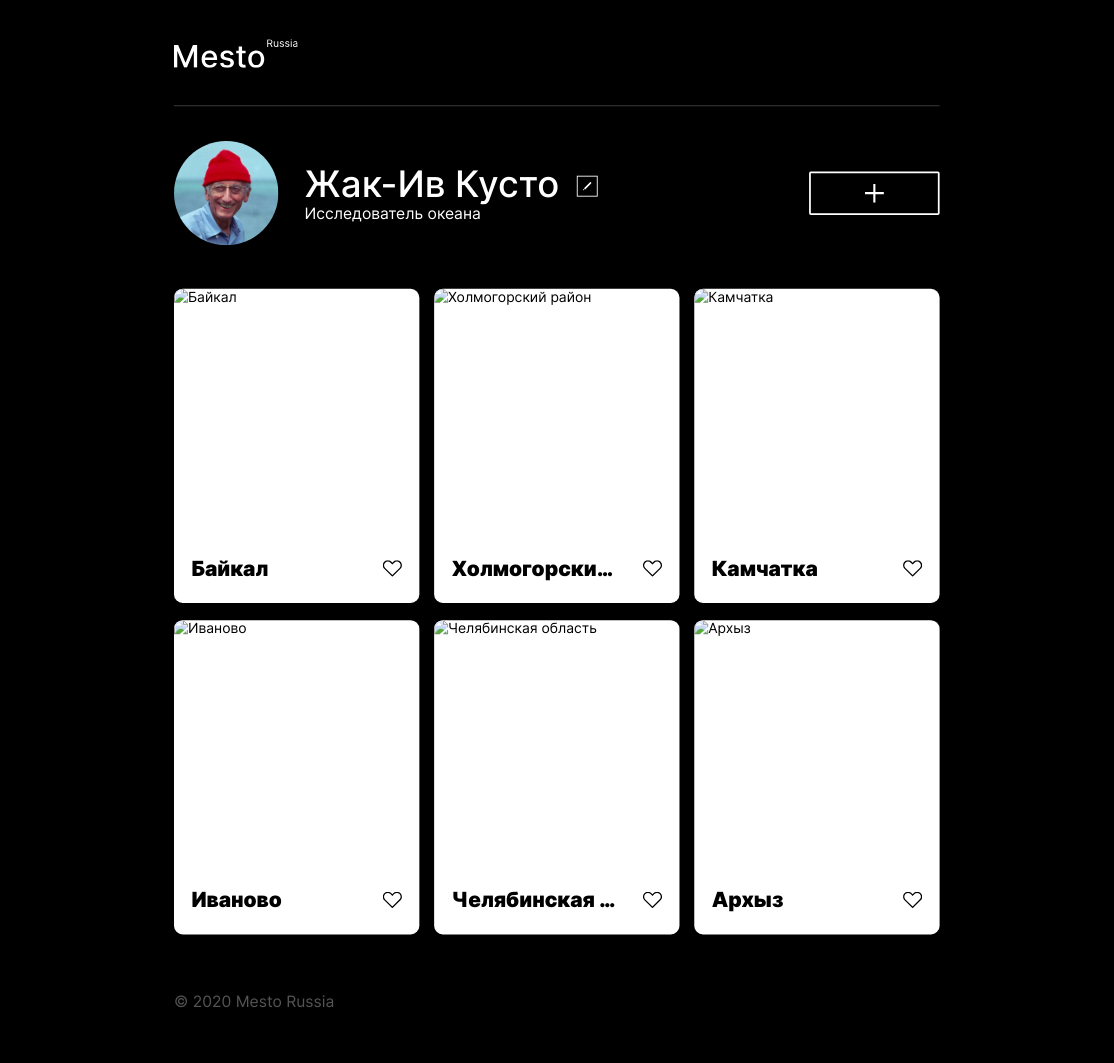
Repository: Akhtool/mesto
Page: index.html
The author's editor kept a copy of each file at every save. The page is drawn from the files as they stood at one save, then again after the next save.
The browser window is 1280 px wide. The pictures show the whole page, at 87% of full size.

Above is the page before, as saved 2023-03-01 23:57:52.

### index.html
<!DOCTYPE html>
<html lang="ru">
  <head>
    <meta charset="UTF-8" />
    <meta http-equiv="X-UA-Compatible" content="IE=edge" />
    <meta name="viewport" content="width=device-width, initial-scale=1.0" />
    <link rel="stylesheet" href="pages/index.css" />
    <title>Место</title>
  </head>
  <body class="page">
    <header class="header">
      <a href="#" class="header__logo-link">
        <img
          src="./images/header__logo.svg"
          class="header__logo"
          alt="Логотип сайта Место"
        />
      </a>
    </header>
    <main class="container">
      <section class="profile">
        <img
          src="./images/profile__image.jpg"
          alt="Изображение профиля"
          class="profile__image"
        />
        <div class="profile__info">
          <div class="profile__name-edit">
            <h1 class="profile__name">Жак-Ив Кусто</h1>
            <button
              type="button"
              class="profile__edit-button"
              aria-label="edit"
            ></button>
          </div>
          <p class="profile__description">Исследователь океана</p>
        </div>
        <button
          type="button"
          class="profile__add-button"
          aria-label="add"
        ></button>
      </section>
      <section class="cards">
        <ul class="cards__list"></ul>
      </section>
    </main>
    <footer class="footer">
      <p class="footer__copyright">© 2020 Mesto Russia</p>
    </footer>
    <!--Попап просмотра фотографий-->
    <div class="popup popup_type_show-image">
      <div class="popup__image-wrapper">
        <button
          type="button"
          class="popup__close-button popup__close-button_type_show-image"
        ></button>
        <figure class="popup__figure-wrapper">
          <img src="#" alt="Фотография из карточки" class="popup__image" />
          <figcaption class="popup__figure-caption"></figcaption>
        </figure>
      </div>
    </div>
    <!--Попап добавления карточек-->
    <div class="popup popup_type_add-card">
      <div class="popup__container">
        <h2 class="popup__title">Новое место</h2>
        <form
          action="#"
          name="input-form"
          class="popup__input-form popup__input-form_type_card"
          novalidate
        >
          <input
            type="text"
            name="name"
            class="popup__input popup__input_type_card-name"
            placeholder="Название"
            id="card-name-input"
            minlength="2"
            maxlength="40"
            required
          />
          <span class="card-name-input-error popup__input-error"></span>
          <input
            type="url"
            name="link"
            class="popup__input popup__input_type_card-link"
            placeholder="Ссылка на картинку"
            id="card-link-input"
            required
          />
          <span class="card-link-input-error popup__input-error"></span>
          <input type="submit" value="Создать" class="popup__submit" />
        </form>
        <button
          type="button"
          class="popup__close-button popup__close-button_type_add-card"
          aria-label="close"
        ></button>
      </div>
    </div>
    <!--Попап редактирования профиля-->
    <div class="popup popup_type_profile-edit">
      <div class="popup__container">
        <h2 class="popup__title">Редактировать профиль</h2>
        <form
          action="#"
          name="input-form"
          class="popup__input-form popup__input-form_type_profile"
          novalidate
        >
          <input
            type="text"
            name="userName"
            class="popup__input popup__input_type_name"
            id="username-input"
            placeholder="Имя"
            minlength="2"
            maxlength="40"
            required
          />
          <span class="username-input-error popup__input-error"></span>
          <input
            type="text"
            name="job"
            class="popup__input popup__input_type_description"
            id="user-description-input"
            placeholder="О себе"
            minlength="2"
            maxlength="200"
            required
          />
          <span class="user-description-input-error popup__input-error"></span>
          <input type="submit" value="Сохранить" class="popup__submit" />
        </form>
        <button
          type="button"
          class="popup__close-button popup__close-button_type_profile"
          aria-label="close"
        ></button>
      </div>
    </div>
    <!-- Шаблон для карточек -->
    <template id="card-template">
      <li class="card">
        <img alt="Описание изображения" class="card__image" />
        <button type="button" class="card__delete-button"></button>
        <div class="card__info">
          <h2 class="card__name"></h2>
          <button type="button" class="card__like"></button>
        </div>
      </li>
    </template>
    <script type="module" src="./pages/index.js" defer></script>
  </body>
</html>

### pages/index.js
import { Card } from "../components/Card.js";
import { FormValidator } from "../components/FormValidator.js";
import {
  validationConfig,
  initialCards,
  buttonEditProfile,
  popupEditProfile,
  profileEditCloseButton,
  profileFormElement,
  profileNameInput,
  jobInput,
  profileName,
  profileDescription,
  popupImage,
  popupImageCaption,
  popupShowImage,
  popupImageCloseButton,
  popupAddCard,
  cardAddButton,
  cardElementName,
  cardElementLink,
  cardAddForm,
  cardAddCloseButton,
  cardsList,
} from "../utils/constants.js";
import Section from "../components/Section.js";
import { PopupWithImage } from "../components/PopupWithImage.js";
import { PopupWithForm } from "../components/PopupWithForm.js";
import { UserInfo } from "../components/UserInfo.js";

// Новые экземпляры(инстансы)
const popupAddFormValidator = new FormValidator(validationConfig, popupAddCard);

const popupEditFormValidator = new FormValidator(
  validationConfig,
  popupEditProfile
);

const section = new Section(
  {
    items: initialCards,
    renderer: (item) => {
      section.addItem(createCard(item));
    },
  },
  ".cards__list"
);

const popupWithImage = new PopupWithImage(".popup_type_show-image");
function openPopupWithImage(name, link) {
  popupWithImage.open(name, link);
}

const popupCard = new PopupWithForm(".popup_type_add-card", handleAddCardForm);
const popupProfile = new PopupWithForm(
  ".popup_type_profile-edit",
  handleProfileFormSubmit
);
const userInfo = new UserInfo({
  userName: ".profile__name",
  job: ".profile__description",
});

// Функция открытия попапа
// function openPopup(popup) {
//   popup.classList.add("popup_opened");
//   document.addEventListener("keydown", closePopupByClickOnEscape);
// }

// // Функция закрытия попапа
// function closePopup(popup) {
//   popup.classList.remove("popup_opened");
//   document.removeEventListener("keydown", closePopupByClickOnEscape);
// }

// // Функция закрытия попапа по клику на оверлей
// const closePopupByClickOnOverlay = (evt) => {
//   if (evt.target.classList.contains("popup")) {
//     closePopup(evt.currentTarget);
//   }
// };

// // Функция закрытия при нажатии на ESC
// function closePopupByClickOnEscape(evt) {
//   if (evt.key === "Escape") {
//     const popupOpened = document.querySelector(".popup_opened");
//     closePopup(popupOpened);
//   }
// }

// Функция открытия большой картинки
// function openBigImage({ link, name }) {
//   popupImage.src = link;
//   popupImage.alt = name;
//   popupImageCaption.textContent = name;
//   openPopup(popupShowImage);
// }
// создание инстансов класса кард
function createCard(item) {
  return new Card(
    item.name,
    item.link,
    "#card-template",
    openPopupWithImage
  ).generateCard();
}

// добавление исходных карточек из массива
// initialCards.forEach((card) => {
//   const newCard = createCard(card);
//   cardsList.prepend(newCard);
// });

// CЛУШАТЕЛИ И ОБРАБОТЧИКИ

// обработчики

// обработчик клика редактирования профиля
// function handleProfileFormSubmit(evt) {
//   evt.preventDefault();
//   profileName.textContent = profileNameInput.value;
//   profileDescription.textContent = jobInput.value;
//   closePopup(popupEditProfile);
// }
// обработчик клика добавления карточки
// function handleAddCardForm(evt) {
//   evt.preventDefault();
//   const addValues = {
//     name: cardElementName.value,
//     link: cardElementLink.value,
//   };
//   const imageItem = createCard(addValues);
//   cardsList.prepend(imageItem);
//   closePopup(popupAddCard);
// }
function handleAddCardForm(inputValues) {
  section.addItem(createCard(inputValues));
}

function handleProfileFormSubmit(inputValues) {
  userInfo.setUserInfo(inputValues);
}

// слушатели

// // слушатель клика добавления карточки
// cardAddButton.addEventListener("click", () => {
//   openPopup(popupAddCard);
//   cardAddForm.reset();
//   popupAddFormValidator.disableValidation();
// });
cardAddButton.addEventListener("click", () => {
  popupCard.open();
  popupAddFormValidator.disableValidation();
});

// слушатель на кнопку редактирования профиля
buttonEditProfile.addEventListener("click", () => {
  popupProfile.open();
  const userData = userInfo.getUserInfo();
  profileNameInput.value = userData.userName;
  jobInput.value = userData.job;
  popupEditFormValidator.disableValidation();
});
// слушатель на кнопку закрытия попап добавления карточки
// cardAddCloseButton.addEventListener("click", () => {
//   popupCard.close();
// });
// слушатель на кнопку закрытия попап редактирования профиля
// profileEditCloseButton.addEventListener("click", () => {
//   closePopup(popupEditProfile);
// });
// слушатель на кнопку закрытия большой картинки
// popupImageCloseButton.addEventListener("click", () => {
//   closePopup(popupShowImage);
// });
// слушатель сабмита попапа редактирования профиля
// profileFormElement.addEventListener("submit", handleProfileFormSubmit);
// слушатель сабмита попапа добавления карточки
// cardAddForm.addEventListener("submit", handleAddCardForm);
// слушатели на нажатие на оверлей
// popupAddCard.addEventListener("mousedown", closePopupByClickOnOverlay);
// popupEditProfile.addEventListener("mousedown", closePopupByClickOnOverlay);
// popupShowImage.addEventListener("mousedown", closePopupByClickOnOverlay);
// Включение фич
popupAddFormValidator.enableValidation();
popupEditFormValidator.enableValidation();
section.renderItems();
popupWithImage.setEventListeners();
popupCard.setEventListeners();
popupProfile.setEventListeners();

### blocks/page/page.css
.page {
    background-color: #000000;
    box-sizing: border-box;
    font-family: 'Inter', Arial, Helvetica, sans-serif;
    -moz-osx-font-smoothing: grayscale;
    -webkit-font-smoothing: antialiased;
    -webkit-text-size-adjust: 100%;
    -ms-text-size-adjust: 100%;
    -moz-text-size-adjust: 100%;
    text-rendering: optimizeLegibility;
    max-width: 1280px;
    margin: 0 auto;
}

### blocks/container/container.css
.container {
    max-width: 1280px;
    min-width: 320px;
    margin: 0 auto;
}

@media screen and (max-width: 920px) {
    .container {
        padding: 0 27px;
    }

}

@media screen and (max-width: 500px) {
    .container {
        padding: 0;
    }
}

### blocks/header/header.css
.header {
    padding-top: 45px;
    border-bottom: 1px solid rgba(84, 84, 84, .7);
    max-width: 880px;
    margin: 0 auto;
}

@media screen and (max-width: 500px) {
    .header {
        padding-top: 28px;
    }
}

### blocks/header/__logo-link/header__logo-link.css
.header__logo-link {
    display: block;
    max-width: 142px;
    padding-bottom: 40px;
    cursor: pointer;
}

@media screen and (max-width: 920px) {
    .header__logo-link {
        padding-left: 27px;
    }

}

@media screen and (max-width: 500px) {
    .header__logo-link {
        padding-bottom: 30px;
    }
}

### blocks/header/__logo/header__logo.css
.header__logo {
    max-width: 100%;
}

@media screen and (max-width: 500px) {
    .header__logo {
        max-width: 103px;
    }
}

### blocks/profile/profile.css
.profile {
    max-width: 880px;
    margin: 0 auto;
    padding-top: 40px;

    display: flex;
    align-items: center;
}

@media screen and (max-width: 768px) {
    .profile {
        flex-direction: column;
    }
}

### blocks/profile/__image/profile__image.css
.profile__image {
    width: 120px;
    height: 120px;
    border-radius: 50%;
}

@media screen and (max-width: 768px) {
    .profile__image {
        margin-bottom: 26px;
    }
}

### blocks/profile/__info/profile__info.css
.profile__info {
    padding-left: 30px;
    flex: 1;
    flex-grow: 1;
    flex-shrink: 1;
    flex-basis: 0%;
    flex-direction: column;
}

@media screen and (max-width: 768px) {
    .profile__info {
        padding: 0 0 36px 0;
        text-align: center;
    }
}

### blocks/profile/__description/profile__description.css
.profile__description {
    font-family: 'Inter', Arial, Helvetica, sans-serif;
    font-style: normal;
    font-weight: 400;
    font-size: 18px;
    line-height: 22px;
    color: #FFFFFF;
    max-width: 350px;
    text-overflow: ellipsis;
    white-space: nowrap;
    overflow: hidden;

    padding: 0;
    margin: 0;
}

@media screen and (max-width: 500px) {
    .profile__description {
        font-size: 14px;
        line-height: 17px;
        margin: 0 auto;
        max-width: 200px;
    }
}

### blocks/profile/__name-edit/profile__name-edit.css
.profile__name-edit {
    display: flex;
    align-items: baseline;
    gap: 20px;
    flex-direction: row;
}

@media screen and (max-width: 500px) {
    .profile__name-edit {
        gap: 10px;
    }
}

### blocks/cards/cards.css
.cards {
    max-width: 880px;
    margin: 0  auto;
    padding-top: 50px;
}

@media screen and (max-width: 500px) {
    .cards {
        padding-top: 35px;
    }
}

### blocks/cards/__list/cards__list.css
.cards__list {
    display: grid;
    grid-template-columns: repeat(auto-fit, 282px);
    column-gap: 17px;
    row-gap: 20px;
    box-sizing: border-box;
    padding: 0;
    margin: 0 auto;
    list-style: none;
}

@media screen and (max-width: 920px) {
    .cards__list {
        justify-content: center;
    }

}

### blocks/card/card.css
.card {
    position: relative;
    box-sizing: border-box;
    max-width: 282px;
    border-radius: 10px;
    overflow: hidden;
    background-color: #fff;
    margin: 0;
    padding: 0;
}

### blocks/card/__image/card__image.css
.card__image {
    display: block;
    width: 282px;
    height: 282px;
    transition: .2s linear;
}

### blocks/card/__info/card__info.css
.card__info {
    display: flex;
    justify-content: space-between;
    align-items: center;
    padding: 25px 20px 25px 20px;
    box-sizing: border-box;
}

### blocks/card/__name/card__name.css
.card__name {
    padding: 0;
    margin: 0;
    max-width: 195px;
    font-family: 'Inter', Arial, Helvetica, sans-serif;
    font-style: normal;
    font-weight: 900;
    font-size: 24px;
    line-height: 29px;
    text-overflow: ellipsis;
    white-space: nowrap;
    overflow: hidden;
    color: #000000;
}

### blocks/card/__like/card__like.css
.card__like {
    padding: 0;
    margin: 0;
    min-width: 22px;
    min-height: 19px;
    background-color: transparent;
    background-image: url(../../../images/like-button_disabled.svg);
    background-position: center;
    background-repeat: no-repeat;
    background-size: contain;
    border: 0;
    transition: .7s all;
}

.card__like:hover {
    opacity: .5;
    cursor: pointer;
    transition: opacity .2s linear;
}

### blocks/card/__like/_active/card__like_active.css
.card__like_active {
    background: url(../../../../images/like-button_active.svg) center no-repeat;
    transition: .7s all;
}

### blocks/card/__delete-button/card__delete-button.css
.card__delete-button{
    position: absolute;
    top: 20px;
    right: 20px;
    width: 18px;
    height: 19px;
    border: none;
    background-image: url(../../../images/delete-button.svg);
    background-repeat: no-repeat;
    background-position: center;
    background-size: cover;
    background-color: rgba(0, 0, 0, 0);
    cursor: pointer;
}

.card__delete-button:hover {
    opacity: .6;
    transition: opacity .7s ease;
}

### blocks/footer/footer.css
.footer {
    max-width: 880px;
    margin: 0 auto;
    padding: 66px 0 60px;
}

@media screen and (max-width: 500px) {
    .footer {
        padding-top: 48px;
        padding-bottom: 36px;
    }
}

### blocks/footer/__copyright/footer__copyright.css
.footer__copyright {
    font-family: 'Inter', Arial, Helvetica, sans-serif;
    font-style: normal;
    font-weight: 400;
    font-size: 18px;
    line-height: 22px;
    color: #545454;
    padding: 0;
    margin: 0;
}

@media screen and (max-width: 920px) {
    .footer__copyright {
        padding-left: 27px;
    }

}

@media screen and (max-width: 500px) {
    .footer__copyright {
        font-size: 14px;
        line-height: 17px;
        padding-left: 19px;
    }
}

### blocks/popup/popup.css
.popup {
    position: fixed;
    /* display: none; */
    justify-content: center;
    align-items: center;
    top: 0;
    right: 0;
    bottom: 0;
    left: 0;
    width: 100%;
    height: 100vh;
    background-color: rgba(0, 0, 0, .5);
    visibility: hidden;
    opacity: 0;
    z-index: -1;
    transition: opacity .3s visibility .3s z-index .3s;
  }

### blocks/popup/_opened/popup_opened.css
.popup_opened {
    display: flex;
    visibility: visible;
    opacity: 1;
    z-index: 5;
    transition: opacity .3s;
}

### blocks/popup/__container/popup__container.css
.popup__container {
    display: flex;
    flex-direction: column;
    justify-content: space-between;
    box-sizing: border-box;
    margin: 0 auto;
    padding: 34px 36px 37px 36px;
    position: relative;
    min-width: 430px;
    background-color: #fff;
    border-radius: 10px;
}

@media screen and (max-width: 500px) {
    .popup__container {
        justify-content: flex-start;
        min-width: 282px;
        padding: 22px 22px;
    }
}

### blocks/popup/__title/popup__title.css
.popup__title {
    font-family: 'Inter', Arial, Helvetica, sans-serif;
    font-style: normal;
    font-weight: 900;
    font-size: 24px;
    line-height: 29px;
    color: #000000;
    margin: 0 0 44px 0;
}

@media screen and (max-width: 500px) {
    .popup__title {
      font-size: 18px;
      margin-bottom: 65px;
    }
  }

### blocks/popup/__container/_type/popup__container_type_show-image.css
.popup__container_type_show-image {
    position: relative;
}

### blocks/popup/__title/_type/popup__title_type_show-image.css
.popup__title_type_show-image {
    margin: 0;
    font-weight: 400;
    font-size: 12px;
    line-height: 15px;
    margin-top: 10px;
    color: #FFFFFF;
    font-family: 'Inter';
}

### components/UserInfo.js
// ## Создайте класс `UserInfo`

// Класс `UserInfo` отвечает за управление отображением информации о пользователе на странице. Этот класс:

// - Принимает в конструктор объект с селекторами двух элементов: элемента имени пользователя и элемента информации о себе.
// - Содержит публичный метод `getUserInfo`, который возвращает объект с данными пользователя. Этот метод пригодится когда данные пользователя нужно будет подставить в форму при открытии.
// - Содержит публичный метод `setUserInfo,` который принимает новые данные пользователя и добавляет их на страницу.

export class UserInfo {
  constructor({ userName, job }) {
    this._userName = document.querySelector(userName);
    this._userJob = document.querySelector(job);
  }

  getUserInfo() {
    return {
      userName: this._userName.textContent,
      job: this._userJob.textContent,
    };
  }

  setUserInfo(data) {
    this._data = data;
    this._userName.textContent = this._data.userName;
    this._userJob.textContent = this._data.job;
  }
}

Loaded but not shown: vendor/normalize.css (library); blocks/popup/__image/popup__image.css (common file); utils/constants.js (88 lines, source omitted); components/FormValidator.js (74 lines, source omitted); components/Card.js (63 lines, source omitted); components/PopupWithForm.js (51 lines, source omitted); components/Popup.js (44 lines, source omitted); components/Section.js (25 lines, source omitted); components/PopupWithImage.js (24 lines, source omitted); pages/index.css (55 lines, source omitted); blocks/profile/__name/profile__name.css (31 lines, source omitted); blocks/popup/__close-button/popup__close-button.css (28 lines, source omitted); blocks/popup/__submit/popup__submit.css (31 lines, source omitted); vendor/fonts/fonts.css (23 lines, source omitted); blocks/popup/__input/popup__input.css (32 lines, source omitted); blocks/profile/__add-button/profile__add-button.css (24 lines, source omitted); blocks/profile/__edit-button/profile__edit-button.css (24 lines, source omitted)

After the next save:
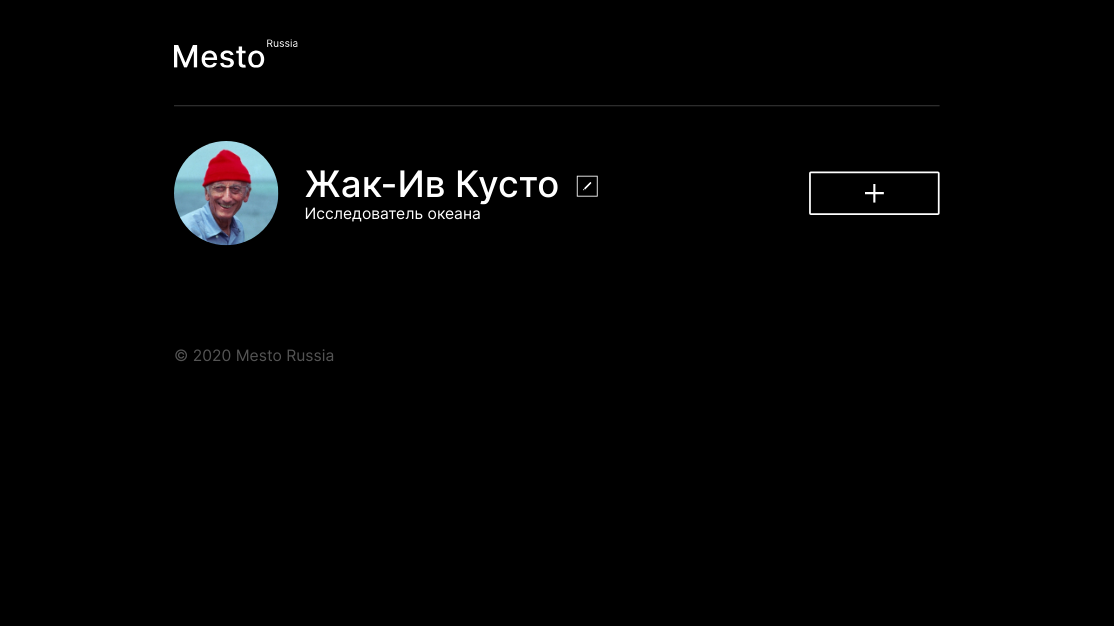
Console error (its wording comes from the project's code and is left out).
Saved 95 s later.
--- a/components/UserInfo.js
+++ b/components/UserInfo.js
@@ -6,7 +6,7 @@
 // - Содержит публичный метод `getUserInfo`, который возвращает объект с данными пользователя. Этот метод пригодится когда данные пользователя нужно будет подставить в форму при открытии.
 // - Содержит публичный метод `setUserInfo,` который принимает новые данные пользователя и добавляет их на страницу.
 
-export class UserInfo {
+export default class UserInfo {
   constructor({ userName, job }) {
     this._userName = document.querySelector(userName);
     this._userJob = document.querySelector(job);

After the save that followed:
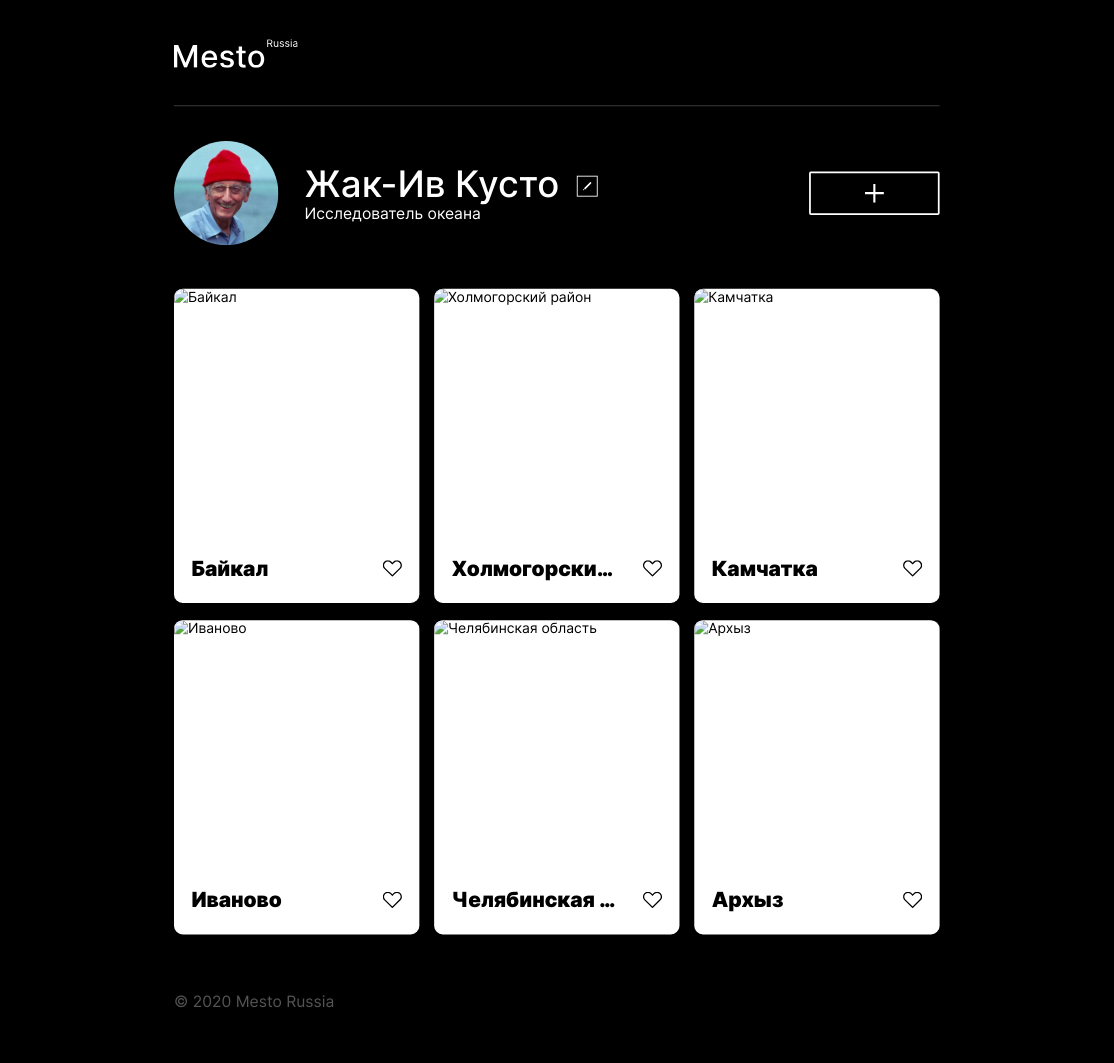
The error is gone.
Saved 3 s later.
--- a/pages/index.js
+++ b/pages/index.js
@@ -26,7 +26,7 @@ import {
 import Section from "../components/Section.js";
 import { PopupWithImage } from "../components/PopupWithImage.js";
 import { PopupWithForm } from "../components/PopupWithForm.js";
-import { UserInfo } from "../components/UserInfo.js";
+import UserInfo from "../components/UserInfo.js";
 
 // Новые экземпляры(инстансы)
 const popupAddFormValidator = new FormValidator(validationConfig, popupAddCard);
